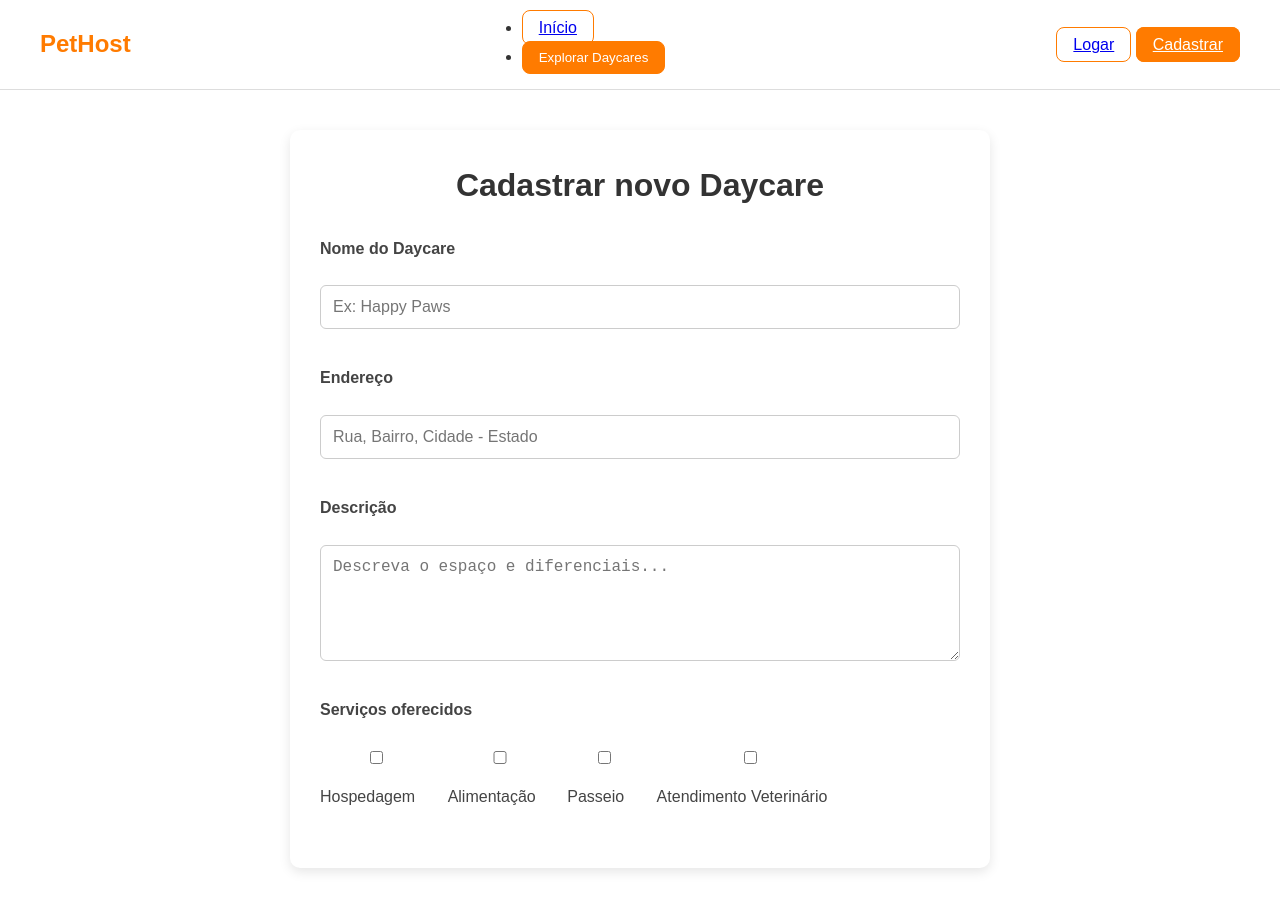
Repository: Vinicius9922/PetHost
Page: cadastro-imovel.html
These files come from the project's save history. The page is drawn as it stood at one moment and after the next save; the edit follows.
The browser window is 1280 px wide. The pictures show the whole page.

Above is the page before, as saved 2025-09-09 15:28:37.

### cadastro-imovel.html
<!DOCTYPE html>
<html lang="pt-BR">
<head>
  <meta charset="UTF-8">
  <meta name="viewport" content="width=device-width, initial-scale=1.0">
  <title>Cadastrar Imóvel - PetHost</title>
  <link rel="stylesheet" href="css/style.css">
</head>
<body>
  <!-- Header -->
  <header class="header">
    <div class="logo">PetHost</div>
    <nav>
      <ul class="nav-links">
        <li><a href="index.html" class="btn">Início</a></li>
        <li><button class="btn btn-primary" onclick="window.location.href='daycares.html'">Explorar Daycares</a></li>
      </ul>
    </nav>
    <div class="auth-buttons">
      <a href="login.html" class="btn">Logar</a>
      <a href="cadastro.html" class="btn btn-primary">Cadastrar</a>
    </div>
  </header>

  <!-- Conteúdo principal -->
  <main class="form-container">
    <h1>Cadastrar novo Daycare</h1>
    <form class="form">
      <label for="nome">Nome do Daycare</label>
      <input type="text" id="nome" name="nome" placeholder="Ex: Happy Paws" required>

      <label for="endereco">Endereço</label>
      <input type="text" id="endereco" name="endereco" placeholder="Rua, Bairro, Cidade - Estado" required>

      <label for="descricao">Descrição</label>
      <textarea id="descricao" name="descricao" rows="5" placeholder="Descreva o espaço e diferenciais..." required></textarea>

      <label>Serviços oferecidos</label>
      <div class="checkbox-group">
        <label><input type="checkbox" name="servicos" value="hospedagem"> Hospedagem</label>
        <label><input type="checkbox" name="servicos" value="alimentacao"> Alimentação</label>
        <label><input type="checkbox" name="servicos" value="passeio"> Passeio</label>
        <label><input type="checkbox" name="servicos" value="veterinario"> Atendimento Veterinário</label>
      </div>

      <label for="capaci

### css/style.css
/* ===============================LAYOUT GLOBAL================================== */
* {
  margin: 0;
  padding: 0;
  box-sizing: border-box;
}

body {
  font-family: Arial, sans-serif;
  line-height: 1.6;
  color: #333;
}

/* HEADER */
.header {
  display: flex;
  justify-content: space-between;
  align-items: center;
  padding: 15px 40px;
  background: #fff;
  border-bottom: 1px solid #ddd;
  position: sticky;
  top: 0;
  z-index: 100;
}

.logo {
  font-size: 1.5rem;
  font-weight: bold;
  color: #ff7b00;
}

.nav {
  display: flex;
  align-items: center;
  gap: 15px;
}

.btn {
  padding: 8px 16px;
  border: 1px solid #ff7b00;
  border-radius: 8px;
  background: transparent;
  cursor: pointer;
  transition: all 0.3s;
}

.btn:hover {
  background: #ff7b00;
  color: #fff;
}

.btn-primary {
  background: #ff7b00;
  color: #fff;
}

.btn-primary:hover {
  background: #e86c00;
}

/* USER INFO */
.user-info {
  display: flex;
  align-items: center;
  gap: 8px;
}

.user-info img.avatar {
  border-radius: 50%;
}

.hidden {
  display: none;
}

/* HERO */
.hero {
  text-align: center;
  padding: 80px 20px;
  background: #fff8f0;
}

.hero h1 {
  font-size: 3rem;
  color: #333;
}

.slogan {
  margin: 15px 0;
  font-size: 1.2rem;
  color: #555;
}

.hero-buttons {
  margin-top: 20px;
  display: flex;
  gap: 15px;
  justify-content: center;
}

/* ABOUT */
.about {
  display: flex;
  justify-content: space-between;
  align-items: center;
  gap: 40px;
  padding: 60px 40px;
}

.about-text {
  flex: 1;
}

.about-image img {
  width: 100%;
  max-width: 400px;
  border-radius: 12px;
}

/* SERVICES */
.services {
  padding: 60px 40px;
  background: #f9f9f9;
}

.services h2 {
  text-align: center;
  margin-bottom: 40px;
  color: #333;
}

.services-grid {
  display: grid;
  grid-template-columns: repeat(auto-fit, minmax(220px, 1fr));
  gap: 20px;
}

.service-card {
  background: #fff;
  border-radius: 12px;
  padding: 20px;
  box-shadow: 0 2px 6px rgba(0,0,0,0.1);
  transition: transform 0.3s;
}

.service-card:hover {
  transform: translateY(-5px);
}

/* FOOTER */
.footer {
  padding: 20px;
  background: #333;
  color: #fff;
  text-align: center;
}

.footer .socials a {
  margin: 0 10px;
  font-size: 1.2rem;
  color: #ff7b00;
  text-decoration: none;
}


/* ===============================LOGIN E CADASTRO================================== */


/* Containers dos formulários */
.form-container {
  max-width: 400px;
  margin: 80px auto;
  padding: 2rem;
  background: #fff;
  border-radius: 16px;
  box-shadow: 0 4px 12px rgba(0,0,0,0.1);
  text-align: center;
}

.form-container h1 {
  margin-bottom: 1.5rem;
  color: #ff7a00; /* cor alaranjada padrão */
}

form {
  display: flex;
  flex-direction: column;
  gap: 1rem;
}

form label {
  text-align: left;
  font-weight: 600;
  color: #444;
}

form input, form select {
  padding: 0.8rem;
  border: 1px solid #ccc;
  border-radius: 8px;
  font-size: 1rem;
}

form input:focus, form select:focus {
  border-color: #ff7a00;
  outline: none;
}

.extra-link {
  margin-top: 1rem;
  font-size: 0.9rem;
}
.extra-link a {
  color: #ff7a00;
  text-decoration: none;
  font-weight: 600;
}
.extra-link a:hover {
  text-decoration: underline;
}


/* ===============================DAYCARES================================== */


/* Hero menor para páginas internas */
.hero.small {
  padding: 60px 20px;
  text-align: center;
  background: #ffe4cc;
}

.hero.small h1 {
  font-size: 2rem;
  margin-bottom: 10px;
}

.hero.small p {
  font-size: 1.2rem;
  color: #555;
}

/* Grid de Cards */
.grid-cards {
  display: grid;
  grid-template-columns: repeat(auto-fit, minmax(280px, 1fr));
  gap: 20px;
  margin: 40px 0;
}

.card {
  background: #fff;
  border-radius: 12px;
  overflow: hidden;
  box-shadow: 0 4px 10px rgba(0,0,0,0.1);
  display: flex;
  flex-direction: column;
  transition: transform 0.2s;
}

.card:hover {
  transform: translateY(-5px);
}

.card img {
  width: 100%;
  height: 180px;
  object-fit: cover;
}

.card-body {
  padding: 15px;
  flex: 1;
  display: flex;
  flex-direction: column;
  justify-content: space-between;
}

.card-body h3 {
  margin-bottom: 8px;
  font-size: 1.2rem;
}

.card-body p {
  color: #555;
  margin: 3px 0;
}

.price {
  font-weight: bold;
  color: #ff6600;
  margin-top: 5px;
}

.card-body .btn-primary {
  margin-top: 10px;
  text-align: center;
}


/* ===============================DETALHES================================== */


/* Banner */
.daycare-banner img {
  width: 100%;
  height: auto;
  border-radius: 8px;
  margin-bottom: 20px;
}

/* Conteúdo */
.daycare-details {
  max-width: 900px;
  margin: 0 auto;
  padding: 20px;
}

.daycare-details h1 {
  font-size: 2rem;
  margin-bottom: 10px;
}

.daycare-details .location {
  font-size: 1rem;
  color: #666;
  margin-bottom: 20px;
}

.daycare-details .description {
  font-size: 1.1rem;
  line-height: 1.6;
  margin-bottom: 30px;
}

.services {
  list-style: none;
  padding: 0;
  margin-bottom: 30px;
}

.services li {
  background: #fff3e6;
  padding: 10px;
  margin: 5px 0;
  border-radius: 6px;
}

.reviews {
  background: #f9f9f9;
  padding: 15px;
  border-left: 4px solid #ff7f50;
  margin-bottom: 30px;
  border-radius: 6px;
}

.actions {
  text-align: center;
}

/* ===============================CADASSTRO IMOVEL================================== */
.form-container {
  max-width: 700px;
  margin: 40px auto;
  background: #fff;
  padding: 30px;
  border-radius: 10px;
  box-shadow: 0 4px 12px rgba(0,0,0,0.1);
}

.form-container h1 {
  text-align: center;
  margin-bottom: 25px;
  color: #333;
}

.form label {
  display: block;
  margin-bottom: 8px;
  font-weight: 600;
}

.form input,
.form textarea,
.form select {
  width: 100%;
  padding: 12px;
  margin-bottom: 20px;
  border: 1px solid #ccc;
  border-radius: 6px;
  font-size: 1rem;
}

.form textarea {
  resize: vertical;
}

.checkbox-group {
  display: flex;
  flex-wrap: wrap;
  gap: 15px;
  margin-bottom: 20px;
}

.checkbox-group label {
  font-weight: normal;
}

After the next save:
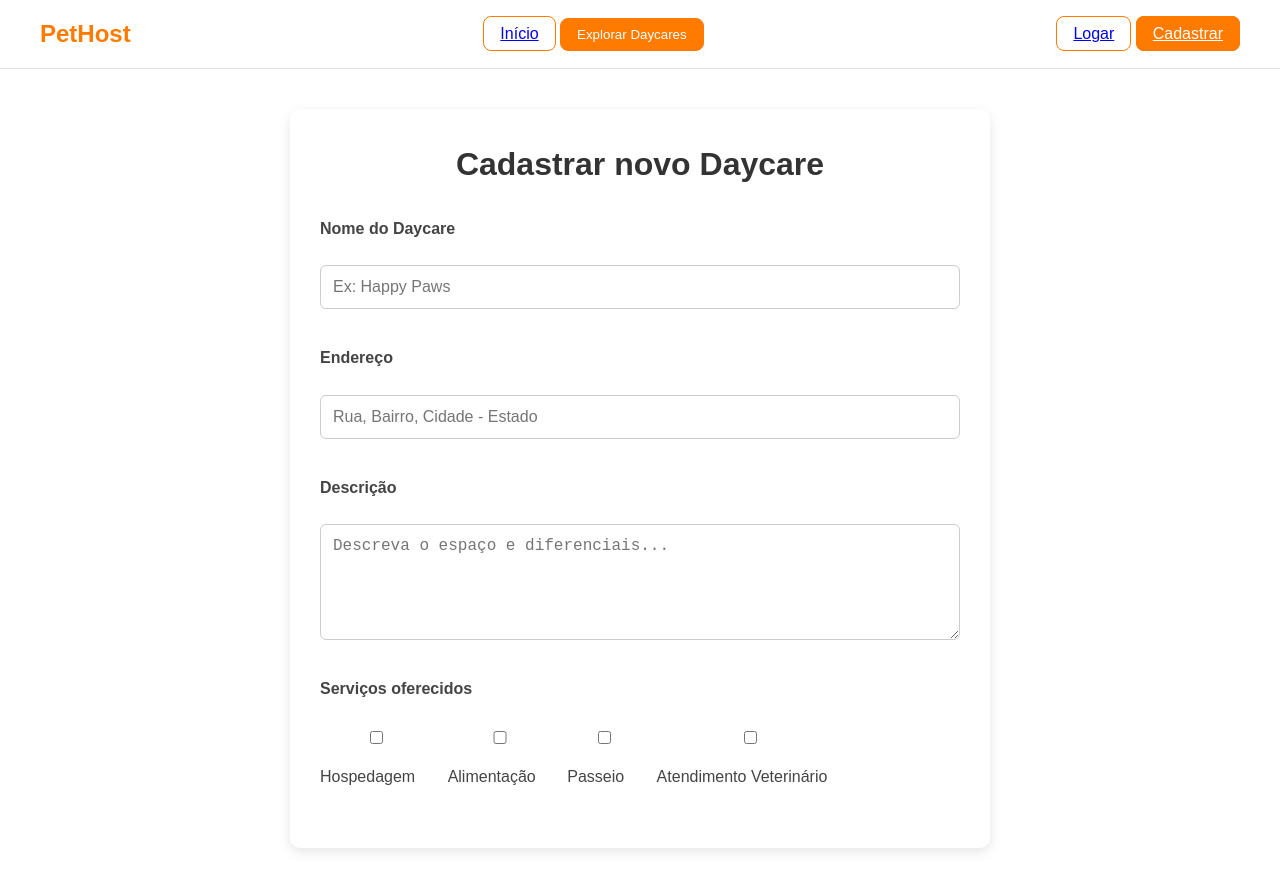
Saved 7 s later.
--- a/cadastro-imovel.html
+++ b/cadastro-imovel.html
@@ -12,8 +12,8 @@
     <div class="logo">PetHost</div>
     <nav>
       <ul class="nav-links">
-        <li><a href="index.html" class="btn">Início</a></li>
-        <li><button class="btn btn-primary" onclick="window.location.href='daycares.html'">Explorar Daycares</a></li>
+        <!-- <li> --><a href="index.html" class="btn">Início</a></li>
+        <!-- <li> --><button class="btn btn-primary" onclick="window.location.href='daycares.html'">Explorar Daycares</a></li>
       </ul>
     </nav>
     <div class="auth-buttons">
